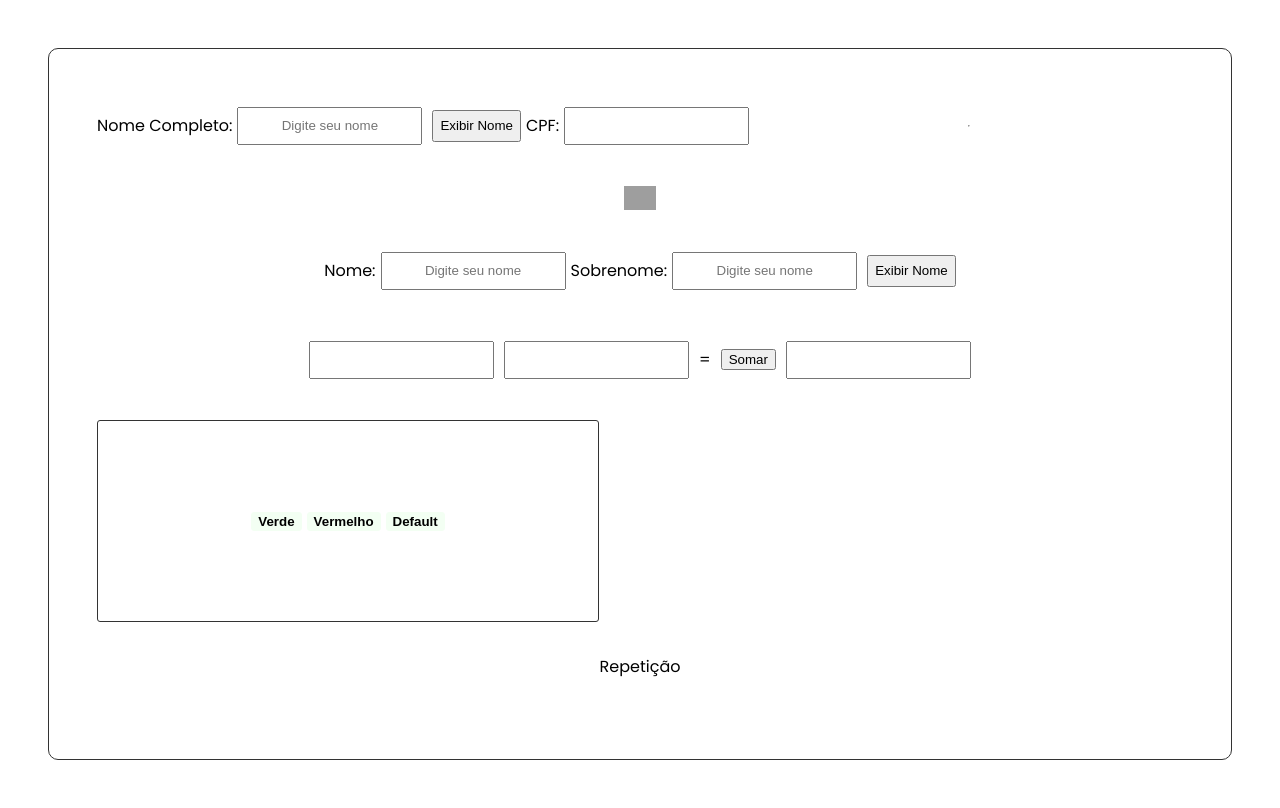
Repository: guilhermecardoso93/exerciciosjs
Page: index.html
An editor plug-in stored every save of this project. The page is shown before and after the next save, followed by the edit.
The browser window is 1280 px wide. The pictures show the whole page.
Pictures or frames that could not be fetched are drawn as grey boxes.

Above is the page before, as saved 2023-05-21 16:30:22.

### index.html
<!DOCTYPE html>
<html lang="pt-Br">
  <head>
    <meta charset="UTF-8" />
    <meta http-equiv="X-UA-Compatible" content="IE=edge" />
    <meta name="viewport" content="width=device-width, initial-scale=1.0" />
    <link rel="preconnect" href="https://fonts.googleapis.com" />
    <link rel="preconnect" href="https://fonts.gstatic.com" crossorigin />
    <link rel="stylesheet" href="styles.css" />
    <link
      href="https://fonts.googleapis.com/css2?family=Poppins:wght@400;500&display=swap"
      rel="stylesheet"
      />
    <title>40 - exercícios de JS</title>
  </head>
  <body>
    <div class="NameDiv">
      <p>Nome Completo:</p>
      <input type="text" name="name" id="name" placeholder="Digite seu nome" />
      <br />
      <input type="button" value="Exibir Nome" id="exibir-nome" />
      <p>CPF:</p>
      <input maxlength="14" id="cpf" />
      <hr />
    </div>
    <div>
      <img id="lamp" src="https://www.w3schools.com/js/pic_bulboff.gif" />
    </div>
    <div class="fullNameDiv">
      <p>Nome:</p>
      <input
        type="text"
        name="name-2"
        id="name-2"
        placeholder="Digite seu nome"
        />
      <p>Sobrenome:</p>
      <input
        type="text"
        name="fullname"
        id="fullname"
        placeholder="Digite seu nome"
        />
      <br />
      <input type="button" value="Exibir Nome" id="exibir-nome-convidado" />
    </div>
    <div>
      <input type="text" id="number-1" maxlength="5" /><br /><br />
      <input type="text" id="number-2" maxlength="5" /><br />
      <p>=</p>
      <br />

      <button id="buttonSoma">Somar</button><br /><br />

      <input type="text" id="result" maxlength="5" />
    </div>
    <div id="container">
      <button id="greenButton">Verde</button>
      <button id="redButton">Vermelho</button>
      <button id="defaultButton">Default</button>
    </div>
    <div id="resultado">

    </div>
  </body>
  <script src="./script.js"></script>
</html>

### styles.css
body {
  font-family: "Poppins", sans-serif;
  margin: 3rem;
  border: 1px solid #333;
  border-radius: 10px;
  padding: 3rem;
}

main {
  margin: 0 auto;
  align-items: center;
  justify-content: center;
}

#lamp {
  cursor: pointer;
  cursor: hand;
  width: 2rem;
}

body input {
  height: 2rem;
  text-align: center;
}

div {
  display: flex;
  gap: 5px;
  align-items: center;
  justify-content: center;
  margin-bottom: 2rem;
}

#container {
  display: flex;
  gap: 5px;
  align-items: center;
  justify-content: center;

  width: 500px;
  height: 200px;
  border: 1px solid #333;
  border-radius: 3px;
}

#container button {
  border: 1px solid #f3fff3;
  border-radius: 3px;
  background-color: #f3fff3;
  font-weight: bold;
}

### script.js
function multi(numb1, number2) {
  console.log(numb1 * number2);
}

function desc(n){
  console.log((n* 0.05))
}

function age(year) {
  var data = new Date();
  var actualYear = data. getFullYear();

  const diference = actualYear - year

  if(diference <= 18 && diference >= 0) {
    return console.log('Você é menor de idade', diference)
  } else {
    return console.log('Você é maior de idade', diference)
  }
}

const divResultado = document.getElementById('resultado')

divResultado.innerHTML = 'Repetição'

for (var i = 0; i < 9; i++) {
  console.log(i);
  divResultado.innerHTML = 'Repetição'
}

After the next save:
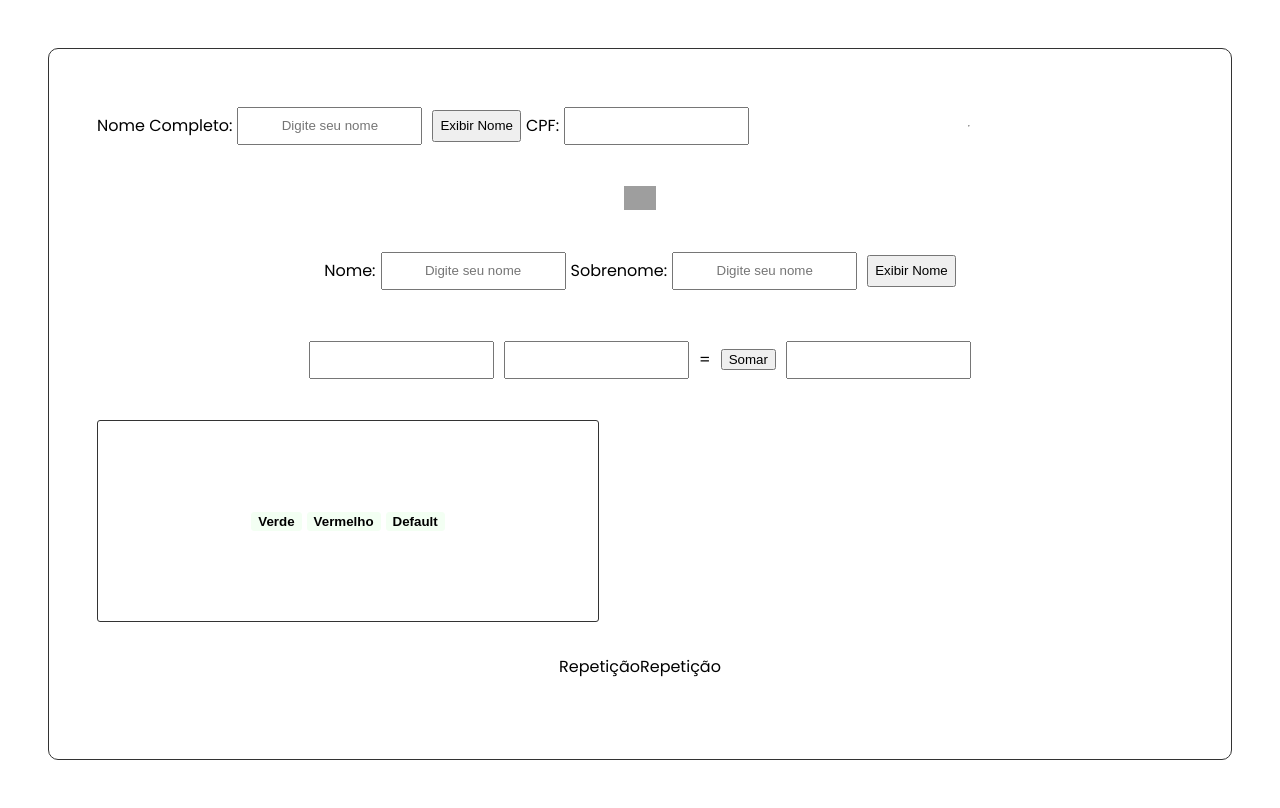
Saved 3 min 20 s later.
--- a/script.js
+++ b/script.js
@@ -22,8 +22,4 @@ function age(year) {
 const divResultado = document.getElementById('resultado')
 
 divResultado.innerHTML = 'Repetição'
-
-for (var i = 0; i < 9; i++) {
-  console.log(i);
-  divResultado.innerHTML = 'Repetição'
-}
+divResultado.innerHTML = 'Repetição'.repeat(2);
